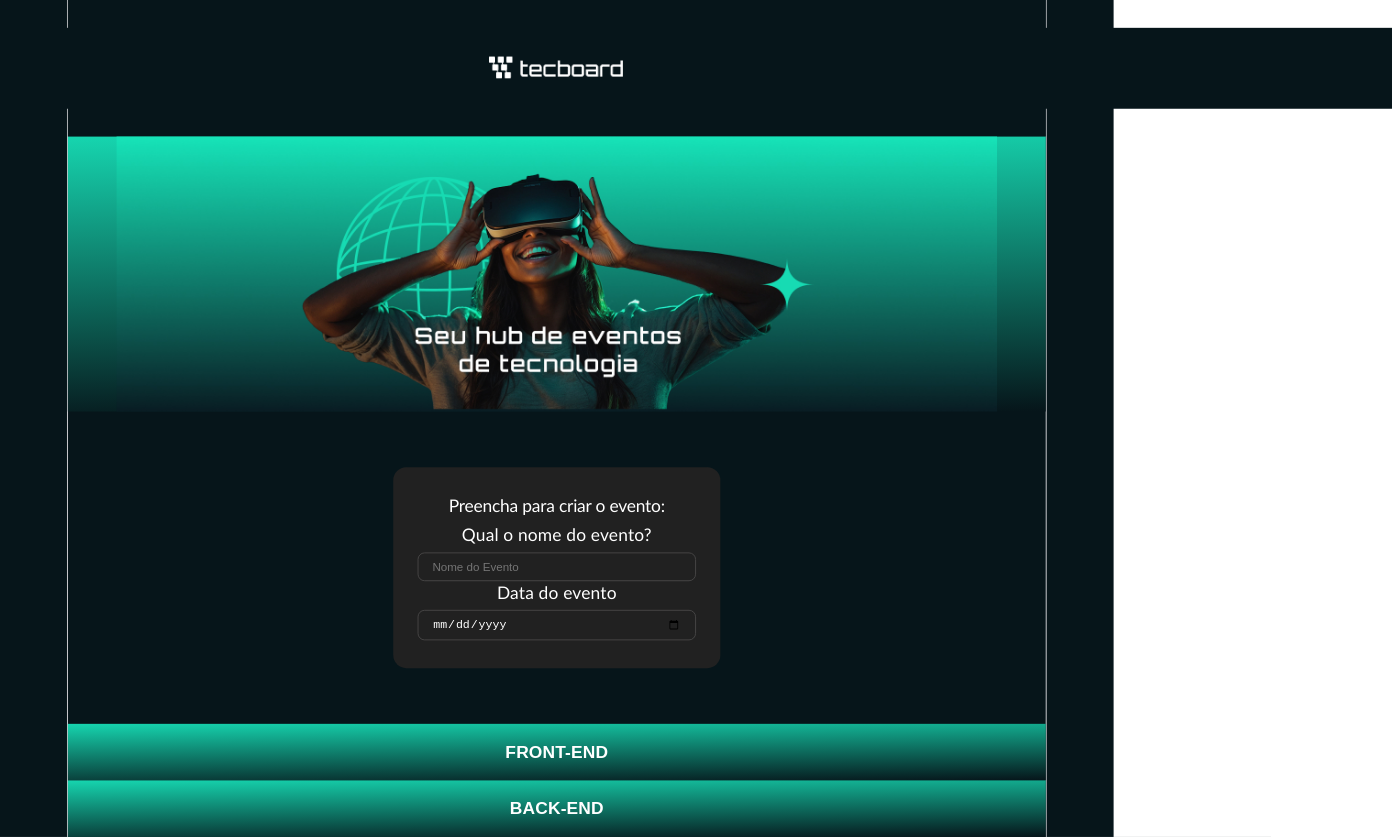
Repository: fernandadev12/techboard
Page: /
These files come from the project's save history. The page is drawn as it stood at one moment and after the next save; the edit follows.
The browser window is 1280 px wide. The page is 1600 px wide, so the pictures cover 1600 px, including what lies to the right of the window. The pictures show the whole page, at 87% of full size.
The project was rebuilt for these pictures with package versions that can differ from the ones it lists, and the page was loaded fresh each time. Also part of the build but not shown: vite.config.js.

Above is the page before, as saved 2026-06-14 14:59:35.

### index.html
<!doctype html>
<html lang="en">
  <head>
    <meta charset="UTF-8" />
    <link rel="icon" type="image/svg+xml" href="/favicon.svg" />
    <meta name="viewport" content="width=device-width, initial-scale=1.0" />
    <link rel="preconnect" href="https://fonts.googleapis.com" />
    <link rel="preconnect" href="https://fonts.gstatic.com" crossorigin />
    <link
      href="https://fonts.googleapis.com/css2?family=Orbitron:wght@400..900&display=swap"
      rel="stylesheet"
    />
    <title>techboard</title>
  </head>
  <body>
    <div id="root"></div>
    <script type="module" src="/src/main.jsx"></script>
  </body>
</html>

### src/index.css
:root {
  --text: #6b6375;
  --text-h: #08060d;
  --bg: #fff;
  --border: #e5e4e7;
  --code-bg: #f4f3ec;
  --accent: #aa3bff;
  --accent-bg: rgba(170, 59, 255, 0.1);
  --accent-border: rgba(170, 59, 255, 0.5);
  --social-bg: rgba(244, 243, 236, 0.5);
  --shadow:
    rgba(0, 0, 0, 0.1) 0 10px 15px -3px, rgba(0, 0, 0, 0.05) 0 4px 6px -2px;

  --sans: system-ui, "Segoe UI", Roboto, sans-serif;
  --heading: system-ui, "Segoe UI", Roboto, sans-serif;
  --mono: ui-monospace, Consolas, monospace;

  font: 18px/145% var(--sans);
  letter-spacing: 0.18px;
  color-scheme: light dark;
  color: var(--text);
  background: var(--bg);
  font-synthesis: none;
  text-rendering: optimizeLegibility;
  -webkit-font-smoothing: antialiased;
  -moz-osx-font-smoothing: grayscale;

  @media (max-width: 1024px) {
    font-size: 16px;
  }
}

@media (prefers-color-scheme: dark) {
  :root {
    --text: #9ca3af;
    --text-h: #f3f4f6;
    --bg: #16171d;
    --border: #2e303a;
    --code-bg: #1f2028;
    --accent: #c084fc;
    --accent-bg: rgba(192, 132, 252, 0.15);
    --accent-border: rgba(192, 132, 252, 0.5);
    --social-bg: rgba(47, 48, 58, 0.5);
    --shadow:
      rgba(0, 0, 0, 0.4) 0 10px 15px -3px, rgba(0, 0, 0, 0.25) 0 4px 6px -2px;
  }

  #social .button-icon {
    filter: invert(1) brightness(2);
  }
}

body {
  margin: 0;
  background-color: #06151a;
}

#root {
  width: 1126px;
  max-width: 100%;
  margin: 0 auto;
  text-align: center;
  border-inline: 1px solid var(--border);
  min-height: 100svh;
  display: flex;
  flex-direction: column;
  box-sizing: border-box;
}

h1,
h2 {
  font-family: var(--heading);
  font-weight: 500;
  color: var(--text-h);
}

h1 {
  font-size: 56px;
  letter-spacing: -1.68px;
  margin: 32px 0;
  @media (max-width: 1024px) {
    font-size: 36px;
    margin: 20px 0;
  }
}
h2 {
  font-size: 24px;
  line-height: 118%;
  letter-spacing: -0.24px;
  margin: 0 0 8px;
  @media (max-width: 1024px) {
    font-size: 20px;
  }
}
p {
  margin: 0;
}

code,
.counter {
  font-family: var(--mono);
  display: inline-flex;
  border-radius: 4px;
  color: var(--text-h);
}

code {
  font-size: 15px;
  line-height: 135%;
  padding: 4px 8px;
  background: var(--code-bg);
}

### src/App.jsx
import "./App.css";
import { Banner } from "./componentes/Banner";
import { Tema } from "./componentes/Tema";
import { FormularioDeEvento } from "./componentes/FormularioDeEvento";

function App() {
  const temas = [
    {
      id: 1,
      nome: "Front-end",
    },
    {
      id: 2,
      nome: "Back-end",
    },
    {
      id: 3,
      nome: "Mobile",
    },
    {
      id: 4,
      nome: "DevOps",
    },
    {
      id: 5,
      nome: "Inteligência Artificial",
    },
    {
      id: 6,
      nome: "Cloud",
    },
  ];

  return (
    <main>
      <header>
        <img src="/Header.png"></img>
      </header>
      <Banner />
      <FormularioDeEvento />
      <section>
        <Tema tema={temas[0]} />
      </section>
      <section>
        <Tema tema={temas[1]} />
      </section>
    </main>
  );
}

export default App;

### src/App.css
header {
  background-color: #06151a;
  padding: 32px;
  display: flex;
  justify-content: center;
}
section {
  background: linear-gradient(179deg, #16d5af 0%, #06151a);
  display: flex;
  justify-content: center;
}
section img {
  max-width: 90%;
}

.form-evento {
  background-color: #212121;
  padding: 32px 28px;
  border-radius: 15px;
  width: 394px;
  margin: 64px auto;
  max-width: 320px;
}
.hero {
  position: relative;

  .base,
  .framework,
  .vite {
    inset-inline: 0;
    margin: 0 auto;
  }

  .base {
    width: 170px;
    position: relative;
    z-index: 0;
  }

  .framework,
  .vite {
    position: absolute;
  }

  .framework {
    z-index: 1;
    top: 34px;
    height: 28px;
    transform: perspective(2000px) rotateZ(300deg) rotateX(44deg) rotateY(39deg)
      scale(1.4);
  }

  .vite {
    z-index: 0;
    top: 107px;
    height: 26px;
    width: auto;
    transform: perspective(2000px) rotateZ(300deg) rotateX(40deg) rotateY(39deg)
      scale(0.8);
  }
}

#center {
  display: flex;
  flex-direction: column;
  gap: 25px;
  place-content: center;
  place-items: center;
  flex-grow: 1;

  @media (max-width: 1024px) {
    padding: 32px 20px 24px;
    gap: 18px;
  }
}

#next-steps {
  display: flex;
  border-top: 1px solid var(--border);
  text-align: left;

  & > div {
    flex: 1 1 0;
    padding: 32px;
    @media (max-width: 1024px) {
      padding: 24px 20px;
    }
  }

  .icon {
    margin-bottom: 16px;
    width: 22px;
    height: 22px;
  }

  @media (max-width: 1024px) {
    flex-direction: column;
    text-align: center;
  }
}

#docs {
  border-right: 1px solid var(--border);

  @media (max-width: 1024px) {
    border-right: none;
    border-bottom: 1px solid var(--border);
  }
}

#next-steps ul {
  list-style: none;
  padding: 0;
  display: flex;
  gap: 8px;
  margin: 32px 0 0;

  .logo {
    height: 18px;
  }

  a {
    color: var(--text-h);
    font-size: 16px;
    border-radius: 6px;
    background: var(--social-bg);
    display: flex;
    padding: 6px 12px;
    align-items: center;
    gap: 8px;
    text-decoration: none;
    transition: box-shadow 0.3s;

    &:hover {
      box-shadow: var(--shadow);
    }
    .button-icon {
      height: 18px;
      width: 18px;
    }
  }

  @media (max-width: 1024px) {
    margin-top: 20px;
    flex-wrap: wrap;
    justify-content: center;

    li {
      flex: 1 1 calc(50% - 8px);
    }

    a {
      width: 100%;
      justify-content: center;
      box-sizing: border-box;
    }
  }
}

#spacer {
  height: 88px;
  border-top: 1px solid var(--border);
  @media (max-width: 1024px) {
    height: 48px;
  }
}

.ticks {
  position: relative;
  width: 100%;

  &::before,
  &::after {
    content: "";
    position: absolute;
    top: -4.5px;
    border: 5px solid transparent;
  }

  &::before {
    left: 0;
    border-left-color: var(--border);
  }
  &::after {
    right: 0;
    border-right-color: var(--border);
  }
}

### src/componentes/Banner/index.jsx
import "./bannerstyles.css";

export function Banner() {
  return (
    <section className="banner">
      <img src="/Banner.jpg"></img>
    </section>
  );
}

### src/componentes/Tema/index.jsx
import "./temastyles.css";

export function Tema({ tema }) {
  return <h3 className="titulotema">{tema.nome}</h3>;
}

### src/componentes/FormularioDeEvento/index.jsx
import { TituloFormulario } from "../TituloFormulario";
import { CampoFormulario } from "../CampoDeFormulario";
import { LabelFormulario } from "../Label";
import { CampoDeEntrada } from "../CampoDeEntrada";
import "./formularioEventoStyles.css";

export function FormularioDeEvento() {
  return (
    <form className="form-evento">
      <TituloFormulario> Preencha para criar o evento:</TituloFormulario>
      <div className="campor">
        <CampoFormulario>
          <LabelFormulario htmlFor="nome">
            Qual o nome do evento?
          </LabelFormulario>
          <CampoDeEntrada
            type="text"
            id="nome"
            placeholder="Nome do Evento"
            name="nomeEvento"
          />
        </CampoFormulario>

        <CampoFormulario>
          <LabelFormulario htmlFor="dataEvento">Data do evento</LabelFormulario>
          <CampoDeEntrada type="date" id="dataEvento" name="dataEvento" />
        </CampoFormulario>
      </div>
    </form>
  );
}

### src/componentes/Banner/bannerstyles.css
.banner {
  background: linear-gradient(179deg, #16d5af 0%, #06151a);
  display: flex;
  justify-content: center;
}

.banner img {
  max-width: 90%;
}

### src/componentes/Tema/temastyles.css
.titulotema {
  color: #fff;
  font-family: "Orbiton", sans-serif;
  font-weight: 600;
  font-size: 20px;
  line-height: 125%;
  letter-spacing: 10%;
  vertical-align: middle;
  text-transform: uppercase;
}

### src/componentes/TituloFormulario/index.jsx
import "./titulostyle.css";

// export function TituloFormulario() {
//   return <h3 class="tituloform">Preencha para criar um evento:</h3>;
// }
export function TituloFormulario({ children }) {
  return <h2 className="tituloform">{children}</h2>;
}

### src/componentes/CampoDeFormulario/index.jsx
import "./campoformestyles.css";

export function CampoFormulario({ children }) {
  return <fieldset className="campoform">{children}</fieldset>;
}

### src/componentes/Label/index.jsx
import "./labelstyles.css";

export function LabelFormulario({ children, htmlFor }) {
  return (
    <label className="label" htmlFor={htmlFor}>
      {children}
    </label>
  );
}

### src/componentes/CampoDeEntrada/index.jsx
import "./campoentradastyles.css";

export function CampoDeEntrada(props) {
  return <input className="campoformularioinput" {...props} />;
}

### src/componentes/TituloFormulario/titulostyle.css
.tituloform {
  font-family:
    "Trebuchet MS", "Lucida Sans Unicode", "Lucida Grande", "Lucida Sans",
    Arial, sans-serif;
  font-weight: 400;
  font-size: 20px;
  line-height: 125%;
  color: #fff;
}

### src/componentes/CampoDeFormulario/campoformestyles.css
.campoform {
  display: flex;
  flex-direction: column;
  gap: 8px;
  border: none;
  padding: 0;
  margin: 0;
}

### src/componentes/Label/labelstyles.css
.label {
  font-family:
    "Trebuchet MS", "Lucida Sans Unicode", "Lucida Grande", "Lucida Sans",
    Arial, sans-serif;
  font-weight: 400;
  font-size: 20px;
  line-height: 125%;
  color: #fff;
}

### src/componentes/CampoDeEntrada/campoentradastyles.css
.campoformularioinput {
  border-radius: 8px;
  background-color: transparent;
  border: 1px solid #4a4949;
  color: #fff;
  padding: 8px 16px;
}

.campoformularioinput:placeholder {
  color: #4a4949;
}

### src/componentes/FormularioDeEvento/formularioEventoStyles.css
.campos {
  display: flex;
  flex-direction: column;
  gap: 16px;
}

.formEventos {
  background-color: #212121;
  padding: 32px 28px;
  border-radius: 16px;
  width: 384px;
  max-width: 90%;
  margin: 64px auto;
}

Loaded but not shown: src/main.jsx (common file)

After the next save:
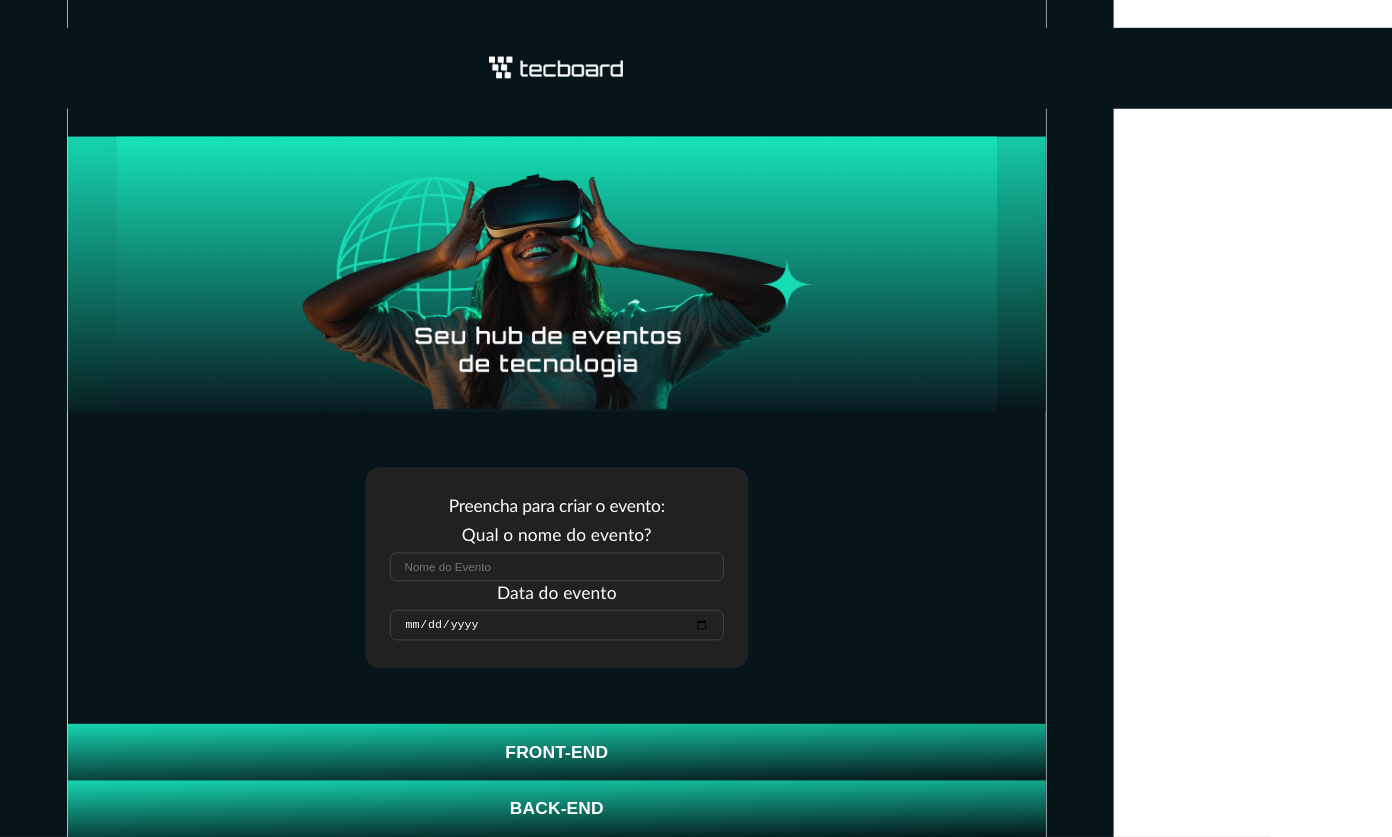
Saved 57 s later.
--- a/src/componentes/FormularioDeEvento/formularioEventoStyles.css
+++ b/src/componentes/FormularioDeEvento/formularioEventoStyles.css
@@ -4,7 +4,7 @@
   gap: 16px;
 }
 
-.formEventos {
+.form-evento {
   background-color: #212121;
   padding: 32px 28px;
   border-radius: 16px;
